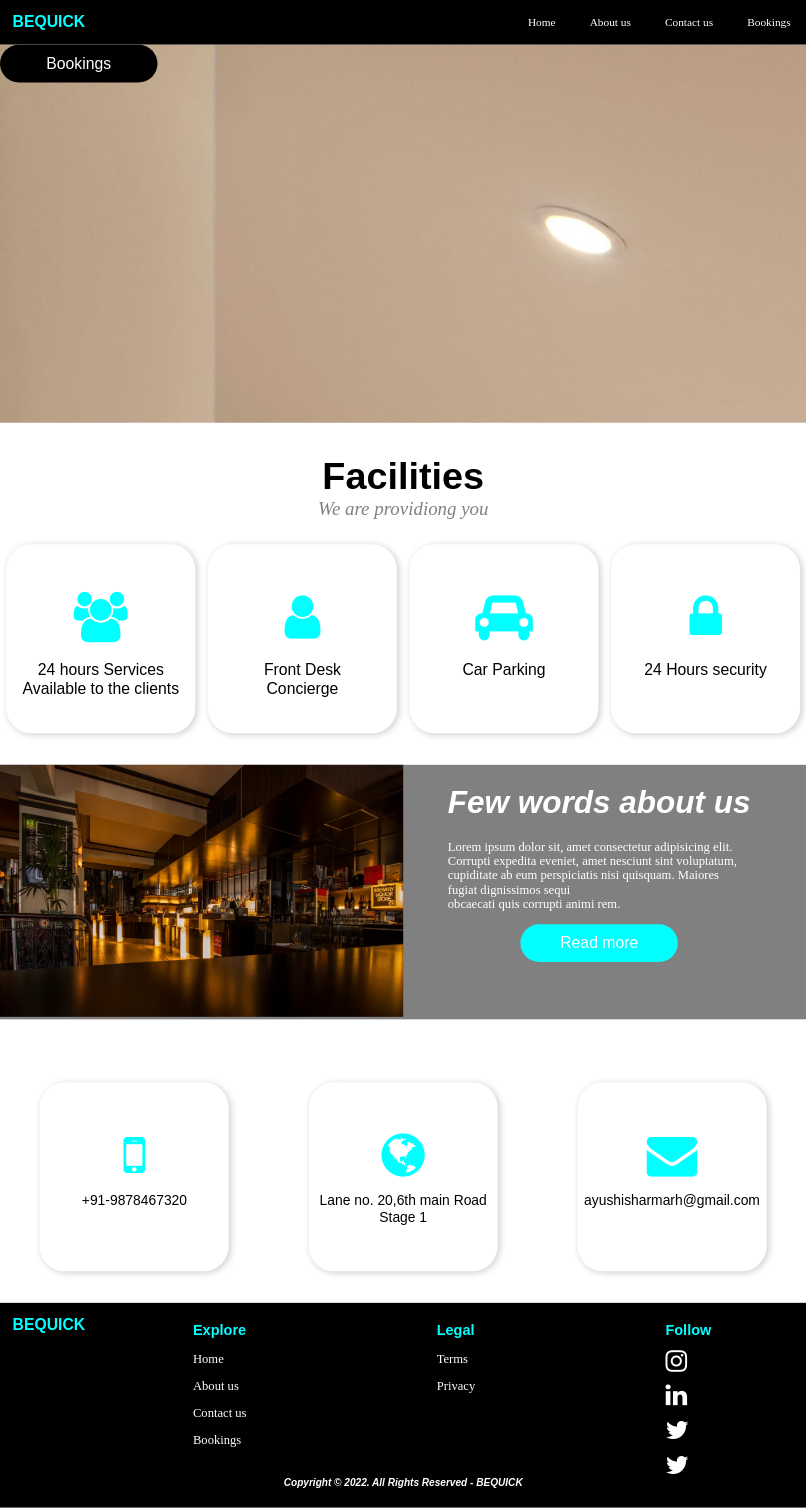
Repository: Ayushi6Sharma/BEQUICK_Hotel_Booking_Web
Page: index.html
An editor plug-in stored every save of this project. The page is shown before and after the next save, followed by the edit.
The browser window is 1280 px wide. The pictures show the whole page, at 63% of full size.

Above is the page before, as saved 2022-05-10 02:15:41.

### index.html
<!DOCTYPE html>
<html lang="en">
<head>
    <meta charset="UTF-8">
    <meta http-equiv="X-UA-Compatible" content="IE=edge">
    <meta name="viewport" content="width=device-width, initial-scale=1.0">
    <link rel="stylesheet" href="./style/style.css">
    <!-- <link rel="stylesheet" href="https://cdn.jsdelivr.net/npm/@fortawesome/fontawesome-free@5.15.4/css/fontawesome.min.css" integrity="sha384-jLKHWM3JRmfMU0A5x5AkjWkw/EYfGUAGagvnfryNV3F9VqM98XiIH7VBGVoxVSc7" crossorigin="anonymous"> -->
    <!-- <link href="https://cdnjs.cloudflare.com/ajax/libs/font-awesome/5.13.0/css/all.min.css" rel="stylesheet"> -->
    <link rel="stylesheet" href="https://stackpath.bootstrapcdn.com/font-awesome/4.7.0/css/font-awesome.min.css" integrity="sha384-wvfXpqpZZVQGK6TAh5PVlGOfQNHSoD2xbE+QkPxCAFlNEevoEH3Sl0sibVcOQVnN" crossorigin="anonymous">

</head>
    <title>Bequick Hotel</title>
</head>
<body>
    <main>
        <nav class="nav">
            <ul class="nav-list">
                <span class="logo">BEQUICK</span>
                <li><a href="#">Home</a></li>
                <li><a href="#">About us</a></li>
                <li><a href="#">Contact us</a></li>
                <li><a href="#">Bookings</a></li>
            </ul>
        </nav>

        <!-- section 1 -->

        <section class="hotel-main-image">
                <div class="bookings-btn">Bookings</div>
                <!-- <img src="./images/hotel-img-2.jpg" class="hotel-img-2"> -->
        </section>
        <!-- section 2  -->
        <section>
            <div class="section2-facilities">
               <div class="main-facilities">Facilities</div>
                <div class="main-facilities-lower">We are providiong you </div>
            </div>
            <div class="flex1-container1">
                <div class="flex1-item1">
                    <div class="facilities">
                        <i class="fa fa-users fa-5x"></i>
                        <div class="facilities-content">
                            24 hours Services Available to the clients
                        </div>
                    </div>
                </div>
                <div class="flex1-item2">
                    <div class="facilities">
                        <i class="fa fa-user fa-5x"></i>
                        <div class="facilities-content">
                            Front Desk
                            <br/>Concierge
                        </div>
                    </div>
                </div>
                <div class="flex1-item3">
                    <div class="facilities">
                        <i class="fa fa-car fa-5x"></i>
                        <div class="facilities-content">
                            Car Parking
                        </div>
                    </div>
                </div>
                <div class="flex1-item4">
                    <div class="facilities">
                        <i class="fa fa-lock fa-5x"></i>
                        <div class="facilities-content">
                            24 Hours security
                        </div>
                    </div>
                </div>
            </div>
        </section>
        <!-- section 3 -->
        <section>
            <div class="about">
                <div>
                    <img src="./images/hotel-img-3.jpg" class="about-image">
                </div>
                <div class="about-content">
                    <div class="about-content-1">
                        Few words about us
                    </div>
                    <div class="about-content-2">
                        Lorem ipsum dolor sit, amet consectetur adipisicing elit.
                        <br/>Corrupti expedita eveniet, amet nesciunt sint voluptatum,
                        <br> cupiditate ab eum perspiciatis nisi quisquam. Maiores
                        <br/>fugiat dignissimos sequi
                        <br> obcaecati quis corrupti animi rem.
                    </div>
                    <div class="about-btn">
                        Read more
                    </div>
                </div>
            </div>
        </section>
        <!-- section 4 -->
        <section>
            <div class="flex2-container2">
                <div class="flex2-item1">
                    <div class="location">
                        <i class="fa fa-mobile fa-5x"></i>
                        <div class="location-content">
                            +91-9878467320
                        </div>
                    </div>
                </div>
                <div class="flex2-item2">
                <div class="location">
                        <i class="fa fa-globe fa-5x"></i>
                        <div class="location-content">
                            Lane no. 20,6th main Road
                            <br/>Stage 1
                        </div>
                    </div>
                </div>
                <div class="flex2-item3">
                <div class="location">
                        <i class="fa fa-envelope fa-5x"></i>
                        <div class="location-content">
                            ayushisharmarh@gmail.com
                        </div>
                    </div>
                </div>
            </div>
        </section>
        <!-- footer -->
        <footer>
            <div class="footer">
                <div class="logo" id="footer-logo">BEQUICK</div>
                <div class="footer-flex">
                    <!-- <div class="logo" id="footer-logo">BEQUICK</div> -->
                    <div class="footer-list">
                        <ul class="footer-list-1">
                            <div class="footer-list-heading">Explore</div>
                            <li>Home</li>
                            <li>About us</li>
                            <li>Contact us</li>
                            <li>Bookings</li>
                        </ul>
                    </div>
                    <div class="footer-list">
                        <ul class="footer-list-2">
                            <div class="footer-list-heading">Legal</div>
                            <li>Terms</li>
                            <li>Privacy</li>
                        </ul>
                    </div>
                    <div class="footer-list">
                        <ul class="footer-list-3">
                            <div class="footer-list-heading">Follow</div>
                            <li>
                                <a href="#"><i class="fa fa-instagram fa-2x"></i></a>
                            </li>
                            <li>
                                <a href="#"><i class="fa fa-linkedin fa-2x"></i></a>
                            </li>
                            <li>
                                <a href="#"><i class="fa fa-twitter fa-2x"></i></a>
                            </li>
                            <li>
                                <a href="#"><i class="fa fa-twitter fa-2x"></i></a>
                            </li>
                        </ul>
                    </div>
                </div>
                <!-- copyright -->
                <div class="copyright">
                    Copyright &copy; 2022. All Rights Reserved - BEQUICK
                </div>
            </div>
        </footer>
    </main>
</body>
</html>

### style/style.css
*
{
    padding: 0px;
    margin: 0px;
    box-sizing: border-box;
}
/* nav */
.nav
{
    background-color: black;
}
.nav-list
{
    list-style-type:none;
    width: 100%;
    text-align: end;
}
.nav-list > li
{
    display: inline-block;
    padding: 25px;
    font-size: 18px;
}
.nav-list li a
{
    text-decoration: none;
    color:white;
}
.nav-list li a:hover
{
    color: aquamarine;
}
.logo
{
    padding: 20px;
    color:aqua;
    float: left;
    font-size: 25px;
    font-weight: bolder;
    font-family: sans-serif;
}
/* section 1 */
/* main image */
.hotel-img-2
{
    width: 100%;
    height:500px;
}
.hotel-main-image
{
    background-image:url('./images/hotel-img-2.jpg');
    height:600px;
}
.bookings-btn
{
    width:250px;
    height: 60px;
    background-color: black;
    color:white;
    border-radius: 40px;
    text-align: center;
    padding-top: 15px;
    font-size:25px;
    font-family: sans-serif;
}

/* section 2 */
.flex1-container1
{
    display: flex;
    flex-direction: row;
    flex-wrap: wrap;
    margin-top: 40px;
    justify-content: space-around;
    align-content:space-around;
}
/* Facilities */
.section2-facilities
{
    text-align: center;
    margin-top:50px;
}
.main-facilities
{
    font-size: 60px;
    font-weight: bold;
    font-family: sans-serif;
}
.main-facilities-lower
{
    font-size: 30px;
    font-style: italic;
    color:grey;
}
.facilities
{
    width:300px;
    height:300px;
    text-align:center;
    border-radius: 40px;
    box-shadow: 3px 2px 10px 1px lightgrey;
}
.facilities i{
    margin-top: 25%;
    color:aqua;
}
.facilities-content
{   margin-top: 30px;
    font-size: 25px;
    font-family:sans-serif;
}
/* section 3 */
.about{
    margin-top: 50px;
    display: flex;
    flex-wrap: wrap;
    background-color:grey;
}
.about-image
{
    width:90%;
    height:400px;
}
.about-content-1
{
    font-size: 50px;
    font-weight: bold;
    font-family: sans-serif;
    color: white;
    font-style: italic;
    margin-top: 30px;
}
.about-content-2
{
    color:white;
    word-wrap: break-word;
    font-size: 20px;
    padding-top: 30px;
    margin-bottom: 20px;
}
.about-btn
{
    width:250px;
    height: 60px;
    background-color: aqua;
    color:white;
    border-radius: 40px;
    text-align: center;
    padding-top: 15px;
    font-size:25px;
    border: none;
    font-family: sans-serif;
    margin: auto;
}

/* section 4 */

.flex2-container2
{
    display: flex;
    justify-content: space-around;
    margin-top: 100px;
    text-align: center;
    align-content:space-around;
    flex-wrap: wrap;
}
.location
{
    width:300px;
    height:300px;
    text-align:center;
    border-radius: 40px;
    box-shadow: 3px 2px 10px 1px lightgrey;
}
.location i
{
    color:aqua;
    padding-top: 25%;
}
.location-content
{
    font-size: 22px;
    font-family:sans-serif;
    padding-top: 20px;
}

/* footer */
.footer{
    background-color: black;
}
.footer-flex
{
    display: flex;
    justify-content: space-around;
    margin-top: 50px;
}
.footer-list-heading
{
    font-weight: bold;
    font-size: 23px;
    font-family: sans-serif;
    color:aqua;
    margin-top:30px;
}
.footer-list > ul
{
    list-style-type: none;
    color:white;
    font-size: 20px;
}
.footer-list-1 >li
{
    padding-top:20px;
}
.footer-list-2 >li
{
    padding-top:20px;
}
.footer-list-3 i
{
    padding-top: 15px;
    color: white;
}
/* copyright */
.copyright
{
    text-align: center;
    color:white;
    font-family: sans-serif;
    font-weight: bold;
    font-style: italic;
    padding-bottom: 30px;
}
/* media queries */

After the next save:
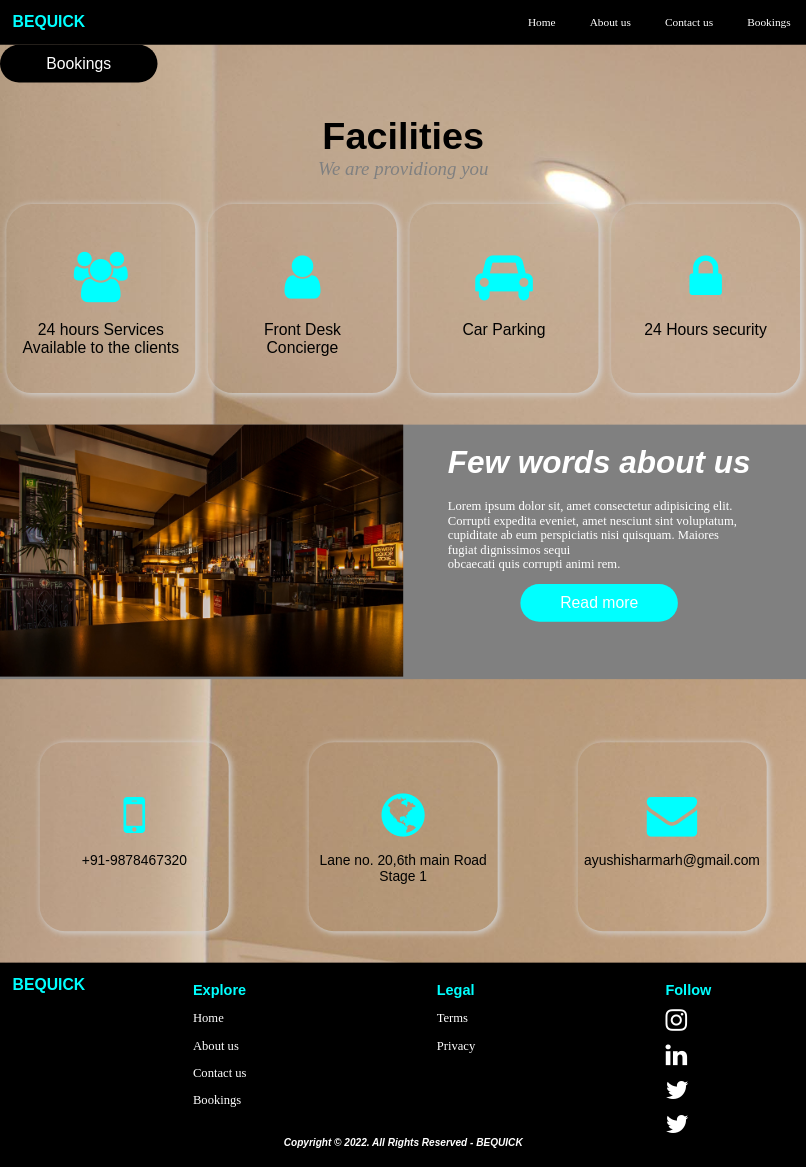
Saved 28 s later.
--- a/style/style.css
+++ b/style/style.css
@@ -46,7 +46,7 @@
     width: 100%;
     height:500px;
 }
-.hotel-main-image
+body
 {
     background-image:url('./images/hotel-img-2.jpg');
     height:600px;

After the save that followed:
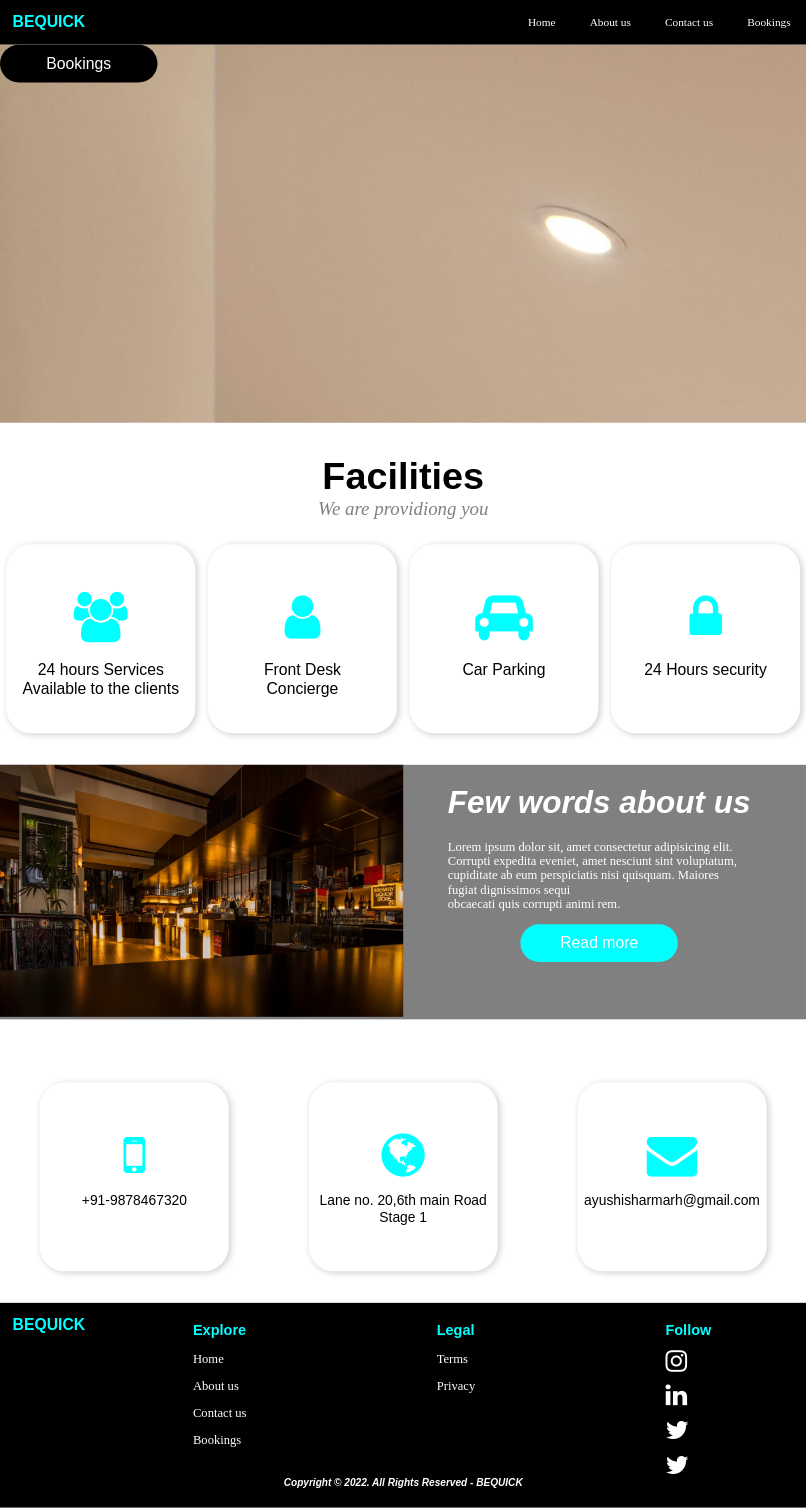
Saved 24 s later.
--- a/style/style.css
+++ b/style/style.css
@@ -46,7 +46,7 @@
     width: 100%;
     height:500px;
 }
-body
+.hotel-main-image
 {
     background-image:url('./images/hotel-img-2.jpg');
     height:600px;
